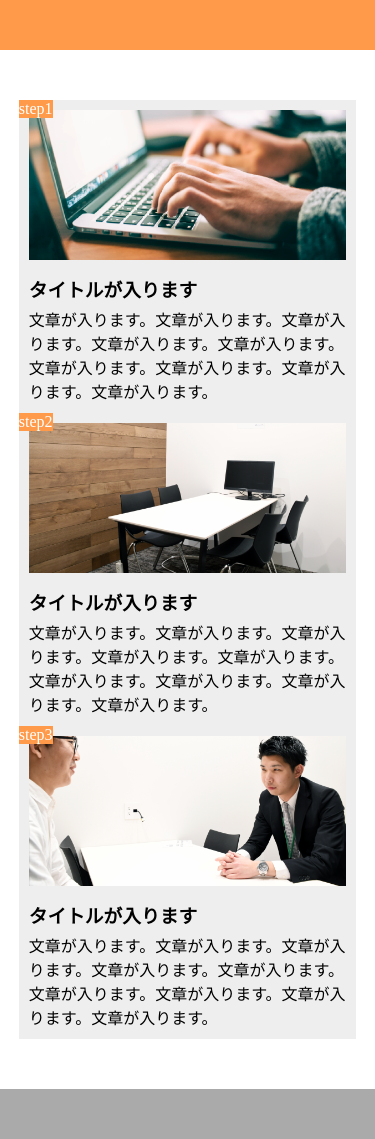
Repository: CarAll02/git-practice
Page: chapter10_exercise/index.html
The author's editor kept a record of every edit. The page is drawn from the files as they stood at one moment, then again after the next edit.
The browser window is 375 px wide. The pictures show the whole page.

Above is the page before.

### chapter10_exercise/index.html
<!DOCTYPE html>
<html lang="ja">
  <head>
    <meta charset="UTF-8" />
    <title>10章提出課題</title>
    <meta name="viewport" content="width=device-width,initial-scale=1.0">
    <link rel="stylesheet" href="style.css" />
  </head>
  <body>
    <header></header>
    <main>
      <div class="step-box">
        <div class="step-img1"></div>
        <span class="step-num">step1</span>
        <h3 class="title">タイトルが入ります</h3>
        <p class="text">
          文章が入ります。文章が入ります。文章が入ります。文章が入ります。文章が入ります。文章が入ります。文章が入ります。文章が入ります。文章が入ります。
        </p>
      </div>

      <div class="step-box">
        <div class="step-img2"></div>
        <span class="step-num">step2</span>
        <h3 class="title">タイトルが入ります</h3>
        <p class="text">
          文章が入ります。文章が入ります。文章が入ります。文章が入ります。文章が入ります。文章が入ります。文章が入ります。文章が入ります。文章が入ります。
        </p>
      </div>

      <div class="step-box">
        <div class="step-img3"></div>
        <span class="step-num">step3</span>
        <h3 class="title">タイトルが入ります</h3>
        <p class="text">
          文章が入ります。文章が入ります。文章が入ります。文章が入ります。文章が入ります。文章が入ります。文章が入ります。文章が入ります。文章が入ります。
        </p>
      </div>
    </main>
    <footer></footer>
  </body>
</html>

### chapter10_exercise/style.css
* {
  box-sizing: border-box;
  margin: 0;
  padding: 0;
}

header {
  height: 50px;
  background-color: #ff9a4b;
}

main {
  width: 960px;
  margin: 50px auto;
  display: flex;
}

.step-box {
  width: 300px;
  margin-right: 30px;
  padding: 10px;
  position: relative;
  background-color: #eee;
}

.step-box:last-child {
  margin-right: 0;
}

.step-img1 {
  height: 150px;
  background-image: url(img/flow01.png);
  background-position: bottom;
  background-size: cover;
}

.step-img2 {
  height: 150px;
  background-image: url(img/flow02.png);
  background-position: bottom;
  background-size: cover;
}

.step-img3 {
  height: 150px;
  background-image: url(img/flow03.png);
  background-position: bottom;
  background-size: cover;
}

.step-num {
  position: absolute;
  top: 0;
  left: 0;
  background-color: #ff9a4b;
  color: #fff;
}

.title {
  margin: 15px 0 5px;
}

footer {
  height: 50px;
  background-color: #aaa;
}

@media screen and (max-width:425px){

  main{
    width:100%;
    display:block;
  }

  .step-box{
    width:90%;
    margin:0 auto;
  }

  .step-box:last-child{
    margin-right:auto;
  }

After the next edit:
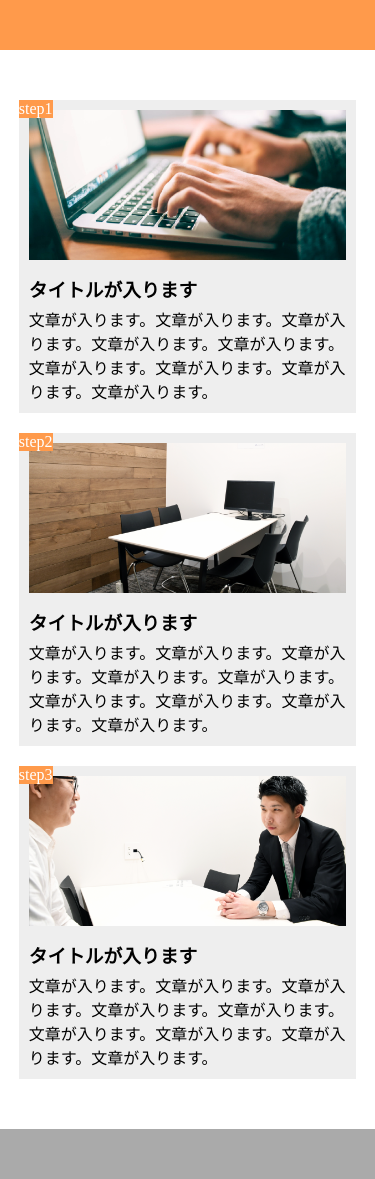
The edit:
--- a/chapter10_exercise/style.css
+++ b/chapter10_exercise/style.css
@@ -77,6 +77,9 @@
     margin:0 auto;
   }
 
+  .step-box:nth-child(2){
+    margin:20px auto;
+  }
   .step-box:last-child{
     margin-right:auto;
   }
